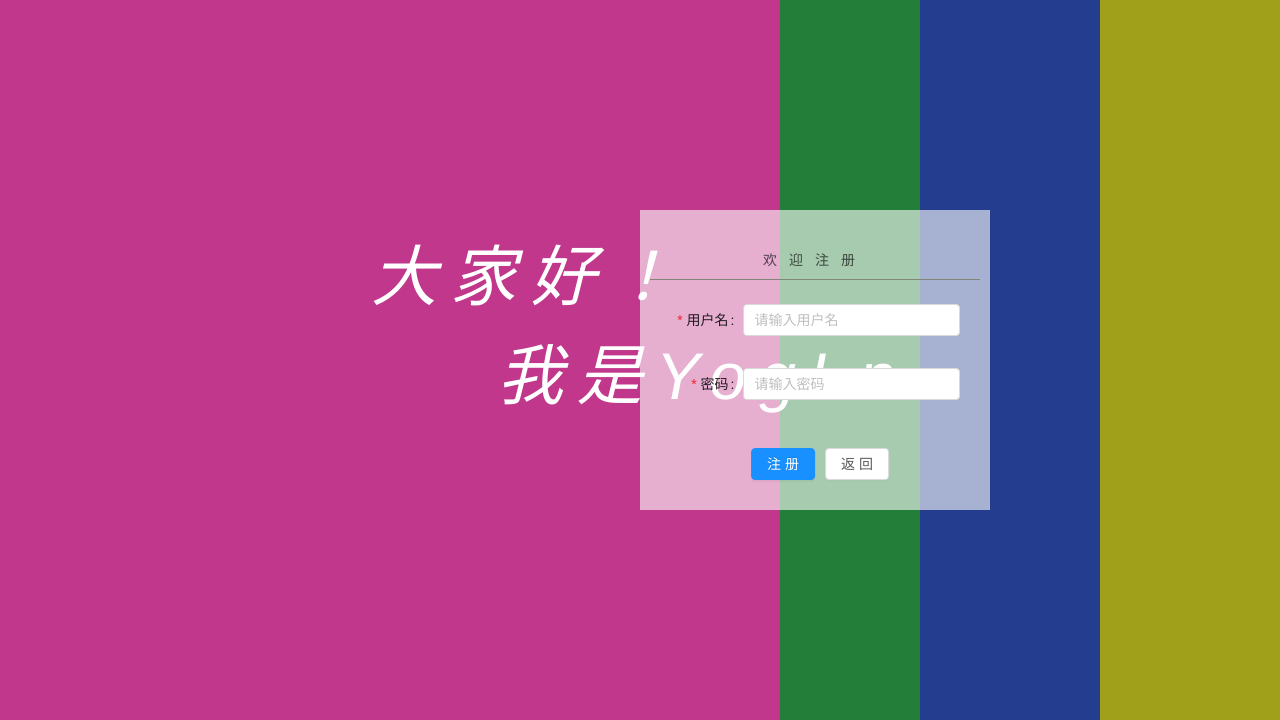
Repository: YogLn/theory-fre
Page: /register
The author's editor kept a copy of each file at every save. The page is drawn from the files as they stood at one save, then again after the next save.
The browser window is 1280 px wide. The pictures show the whole page.
The project was rebuilt for these pictures with package versions that can differ from the ones it lists, and the page was loaded fresh each time.

Above is the page before, as saved 2021-07-22 17:41:34.

After the next save:
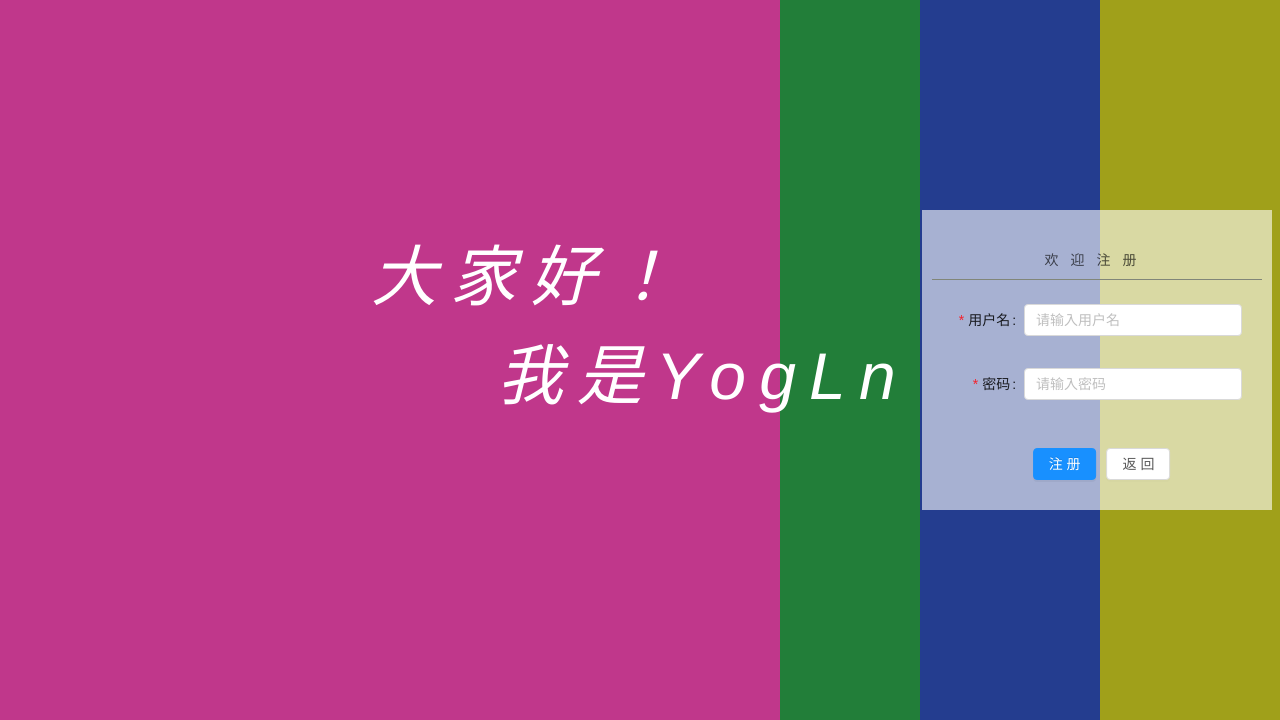
Saved 4 s later.
--- a/src/pages/login/Register.vue
+++ b/src/pages/login/Register.vue
@@ -80,7 +80,7 @@ export default {
     height: 300px;
     background: rgba(255, 255, 255, 0.6);
     position: fixed;
-    left: 50%;
+    left: 72%;
     top: 50%;
     transform: translateY(-50%);
     .login-header {
